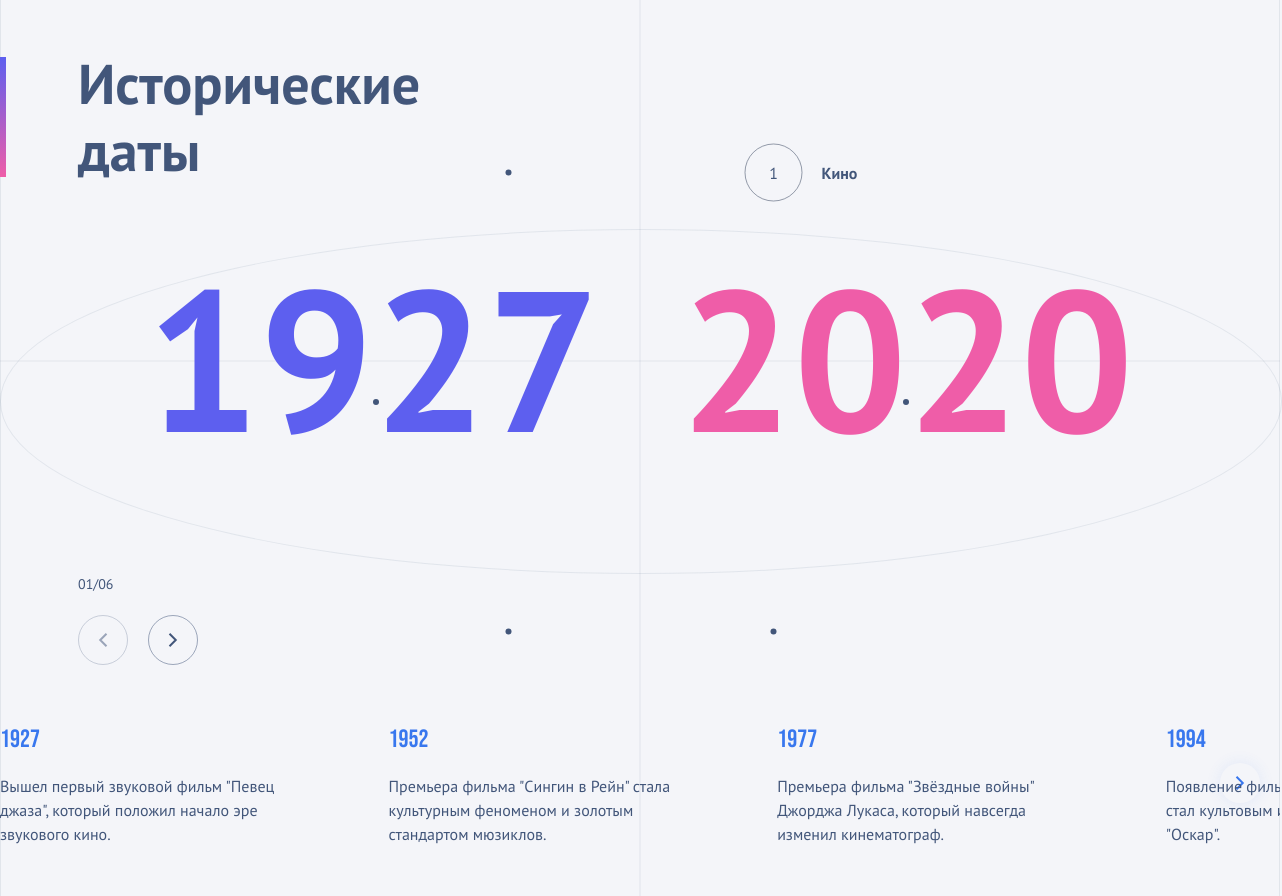
Repository: LenarTulupov/only
Page: /
An editor plug-in stored every save of this project. The page is shown before and after the next save, followed by the edit.
The browser window is 1280 px wide. The page is 1282 px wide, then 1280 px, so the pictures cover 1282 px, including what lies to the right of the window. The pictures show the whole page.
The project was rebuilt for these pictures with package versions that can differ from the ones it lists, and the page was loaded fresh each time.

Above is the page before, as saved 2024-12-18 04:07:38.

### public/index.html
<!DOCTYPE html>
<html lang="en">
  <head>
    <meta charset="utf-8" />
    <link rel="icon" href="%PUBLIC_URL%/favicon.ico" />
    <meta name="viewport" content="width=device-width, initial-scale=1" />
    <meta name="theme-color" content="#000000" />
    <meta
      name="description"
      content="Web site created using create-react-app"
    />
    <link rel="apple-touch-icon" href="%PUBLIC_URL%/logo192.png" />
    <link rel="manifest" href="%PUBLIC_URL%/manifest.json" />
    <title>Only Test</title>
  </head>
  <body>
    <noscript>You need to enable JavaScript to run this app.</noscript>
    <div id="root"></div>
  </body>
</html>

### src/index.tsx
import React from 'react';
import ReactDOM from 'react-dom/client';
import Router from './router/router';
import './globals.scss'

const root = ReactDOM.createRoot(
  document.getElementById('root') as HTMLElement
);
root.render(
  <React.StrictMode>
    <Router />
  </React.StrictMode>
);

### src/router/router.tsx
import { BrowserRouter, Route, Routes } from "react-router-dom";
import HomePage from "../pages/home/page";
import PagesLayout from "../layouts/pages-layout";

export default function Router() {
  return (
    <BrowserRouter>
      <Routes>
        <Route element={<PagesLayout />}>
          <Route path="/" element={<HomePage />} />
        </Route>
      </Routes>
    </BrowserRouter>
  )
};

### src/globals.scss
@import url('https://fonts.googleapis.com/css2?family=Bebas+Neue&family=PT+Sans:wght@400;700&display=swap');

:root {
  --background-color: #F4F5F9;
  --main-color: #42567a;
  --main-color-rgba: rgba(66, 86, 122, 0.5);
  --accent-color: #5D5FEF;
  --light-accent-color: #3877EE;
  --accent-second: #EF5DA8;
  --font-main: "PT Sans", serif;
  --font-second: "Bebas Neue", serif;
  --line-height: 150%;
  --font-size-main: 56px;
  --font-size-small: 14px;
  --font-size-big: 200px;
}
body {
  margin: 0;
  padding: 0;
  background-color: var(--background-color);
  color: var(--black-color);
  font-family: var(--font-main);
  line-height: var(--line-height);
}
ul {
  padding: 0;
  margin: 0;
}

li {
  list-style-type: none;
}

a {
  color: var(--black-color);
  text-decoration: none;
}

h1 {
  margin: 0;
}

### src/pages/home/page.tsx
import Container from "../../components/ui/container/container";
import Divider from "../../components/ui/divider/divider";
import HistorySection from "./history/history";
import styles from './page.module.scss';

export default function HomePage() {
  return (
    <div className={styles['home-page']}>
      <Container>
        <div className={styles['home-page__wrapper']}>
          <Divider
            position="vertical"
            className={styles.divider_vertical}
          />
          <HistorySection />
        </div>
      </Container>
    </div>
  )
};

### src/layouts/pages-layout.tsx
import { Outlet } from 'react-router-dom';
import styles from './pages-layout.module.scss';

export default function PagesLayout() {
  return (
    <div className={styles['pages-layout']}>
      <Outlet />
    </div>
  )
};

### src/components/ui/container/container.tsx
import { ReactNode } from "react"
import styles from './container.module.scss';

interface IContainer {
  children: ReactNode;
}

export default function Container({ children }: IContainer) {
  return (
    <div className={styles.container}>
      {children}
    </div>
  )
};

### src/components/ui/divider/divider.tsx
import styles from './divider.module.scss';

interface IDivider {
  position?: 'horizontal' | 'vertical';
  className?: string;
}

export default function Divider({
  position = 'horizontal', className }: IDivider) {
  return <div className={`
    ${styles.divider}
    ${styles[`divider_${position}`]}
    ${className || ''}
  `}/>
};

### src/pages/home/history/history.tsx
import { useState } from 'react';
import Divider from '../../../components/ui/divider/divider';
import Title from '../../../components/ui/title/title';
import Circle from './circle/circle';
import Dates from './dates/dates';
import HistorySlider from './history-slider/history-slider';
import styles from './history.module.scss';
import StepNavigation from './step-navigation/step-navigation';
import { circleItems } from '../../../constants/circle-items';

export default function HistorySection() {
  const [activeButton, setActiveButton] = useState<number>(1);
  const activeCategory = circleItems.find((item) => item.id === activeButton);
  const firstDate = activeCategory?.events[0]?.year;
  const lastDate = activeCategory?.events.at(-1)?.year;

  return (
    <section className={styles.history}>
      <div className={styles.history__content}>
        <div className={styles['history__content-col-1']}>
          <Title className={styles.history__title} showBefore>
            Исторические даты
          </Title>
        </div>
        <Circle
          className={styles.circle}
          activeButton={activeButton}
          setActiveButton={setActiveButton}
        />
          <StepNavigation
            className={styles['step-navigation']}
            activeButton={activeButton}
            setActiveButton={setActiveButton}
          />
        <Divider
          position="horizontal"
          className={styles.divider_horizontal}
        />
        <Dates
          className={styles.dates}
          firstDate={firstDate}
          lastDate={lastDate}
        />
      </div>
      <HistorySlider
        activeCategory={activeCategory}
        className={styles['history-slider']}
      />
    </section>
  )
};

### src/pages/home/page.module.scss
.home-page {
  &__wrapper {
    position: relative;
    min-height: 100vh;
    .divider_vertical {
      position: absolute;
      top: 0;
      left: 50%;
      transform: translateX(-50%);
      z-index: -10;
    }
  }

  /* Линия слева */
  &__wrapper::before {
    content: "";
    position: absolute;
    top: 0;
    bottom: 0;
    left: 0;
    width: 1px;
    background-color: var(--main-color);
    opacity: 0.1;
  }

  /* Линия справа */
  &__wrapper::after {
    content: "";
    position: absolute;
    top: 0;
    bottom: 0;
    right: 0;
    width: 1px;
    background-color: var(--main-color);
    opacity: 0.1;
  }
  /* Линий по центру горизонтальная */

  /* Линий по центру вертикальная */
}

### src/components/ui/container/container.module.scss
.container {
  max-width: 1440px;
  margin: 0 auto;
}

### src/components/ui/divider/divider.module.scss
.divider {
  background-color: var(--main-color);
  opacity: 0.1;
  &_horizontal {
    width: 100%;
    height: 1px;
  }
  &_vertical {
    width: 1px;
    height: 100%;
  }
}

### src/components/ui/title/title.tsx
import { ReactNode } from 'react';
import styles from './title.module.scss';

interface ITitle {
  children: ReactNode;
  className?: string;
  color?: 'main' | 'blue' | 'light-blue' | 'pink';
  size?: 'main' | 'small'| 'big';
  showBefore?: boolean;
}

export default function Title({
  children,
  className,
  color = 'main',
  size = 'main',
  showBefore = false }: ITitle) {
  return (
    <h1
      className={`
        ${styles.title}
        ${className || ''}
        ${styles[`title__color-${color}`]}
        ${styles[`title__size-${size}`]}
        ${showBefore ? styles['title_before'] : ''}
      `}>
      {children}
    </h1>
  )
};

### src/pages/home/history/circle/circle.tsx
import { useEffect, useRef, Dispatch, SetStateAction } from 'react';
import { gsap } from 'gsap';
import { circleItems } from '../../../../constants/circle-items';
import styles from './circle.module.scss';

interface ICircle {
  className?: string;
  activeButton: number;
  setActiveButton: Dispatch<SetStateAction<number>>;
}

export default function Circle({ className, activeButton, setActiveButton}: ICircle) {
  const circleRef = useRef<HTMLDivElement>(null);
  const buttonsRef = useRef<HTMLDivElement[]>([]);

  const handleActiveButton = (btnId: number) => {
    setActiveButton(btnId);
  };

  useEffect(() => {
    const rotationAngle = (1 - activeButton) * 60;
    gsap.to(circleRef.current, {
      rotate: rotationAngle,
      duration: 0.5,
      ease: 'power2.out',
    });

    buttonsRef.current.forEach((btn) => {
      let buttonRotation = 0;

      switch(activeButton) {
        case 2:
          buttonRotation = 60;
          break;
        case 3:
          buttonRotation = 120;
          break;
        case 4:
          buttonRotation = 180;
          break;
        case 5:
          buttonRotation = 240;
          break;
        case 6:
          buttonRotation = 300;
          break;
        default:
          buttonRotation = 0;
          break;
      }

      gsap.to(btn, {
        rotate: buttonRotation,
        duration: 0.5,
        ease: 'power2.out',
      });
    });
  }, [activeButton]);

  return (
      <div ref={circleRef} className={`${styles.circle} ${className || ''}`}>
        {circleItems.map((item, index) => {
          const btnId = index + 1;
          return (
            <div
              key={btnId}
              ref={(el) => (buttonsRef.current[index] = el!)}
              className={`
                ${styles[`circle__btn-${btnId}`]}
                ${styles.circle__btn}
                ${activeButton === btnId ? styles.active : ''}
              `}
              onClick={() => handleActiveButton(btnId)}
            >
              {btnId}
              <span
                className={`
                  ${styles['sub-title']}
                  ${activeButton === btnId ? styles.active : ''}
                `}
              >
                {item.category}
              </span>
            </div>
          );
        })}
      </div>
  );
}

### src/pages/home/history/dates/dates.tsx
import { useEffect, useState } from 'react';
import Title from '../../../../components/ui/title/title';
import styles from './dates.module.scss';

interface IDates {
  className?: string;
  firstDate: string;
  lastDate: string;
}

export default function Dates({ className, firstDate, lastDate }: IDates) {
  const [currentFirstDate, setCurrentFirstDate] = useState(Number(firstDate));
  const [currentLastDate, setCurrentLastDate] = useState(Number(lastDate));

  useEffect(() => {
    const animateNumber = (
      from: number,
      to: number,
      setNumber: React.Dispatch<React.SetStateAction<number>>
    ) => {
      const stepTime = 20;
      const steps = 50;
      const delta = (to - from) / steps;

      let currentStep = 0;
      const interval = setInterval(() => {
        currentStep += 1;
        const nextValue = from + delta * currentStep;
        setNumber(Math.round(nextValue));

        if (currentStep >= steps) {
          clearInterval(interval);
          setNumber(to);
        }
      }, stepTime);
    };

    animateNumber(Number(currentFirstDate), Number(firstDate), setCurrentFirstDate);
    animateNumber(Number(currentLastDate), Number(lastDate), setCurrentLastDate);
  }, [firstDate, lastDate]);
  return (
    <div className={`${styles.dates} ${className || ''}`}>
      <Title color='blue' size='big'>{currentFirstDate}</Title>
      <Title color='pink' size='big'>{currentLastDate}</Title>
    </div>
  )
};

### src/pages/home/history/history.module.scss
.history {
  padding: 50px 0;
  &__title {
    // position: relative;
    line-height: 1.2;
    width: 353px;
    padding-left: 78px;
    height: fit-content;

  }
  &__content {
    position: relative;
    display: flex;
    flex-direction: column;
    // display: grid;
    // grid-template-columns: repeat(3, 1fr);
    height: 615px;
    &-col-1 {
      display: flex;
      flex-direction: column;
      justify-content: space-between;
    }
  }
}
.circle {
  display: flex;
  width: 100%;
  height: 100%;
  // justify-content: center;
  // align-items: center;
  margin-top: 45px;
}
.divider_horizontal {
  position: absolute;
  top: calc(50% + 3px);
  left: 0;
  transform: translateY(-50%);
  z-index: -10;
}
.step-navigation {
  padding-left: 78px;
}

### src/pages/home/history/step-navigation/step-navigation.tsx
import { Dispatch, SetStateAction } from "react";
import NavigationButtons from "./navigation-buttons/navigation-buttons";
import SliderStep from "./slider-step/slider-step";
import styles from './step-navigation.module.scss';

interface IStepNavigation {
  className?: string;
  activeButton: number;
  setActiveButton: Dispatch<SetStateAction<number>>;
}

export default function StepNavigation({
  className,
  activeButton,
  setActiveButton }: IStepNavigation) {

    const handleNext = () => {
      setActiveButton((p) => (p < 6 ? p + 1 : 1));
    };

    const handlePrev = () => {
      setActiveButton((p) => (p > 1 ? p - 1 : 6));
    };

    return (
      <div className={`${styles['step-navigation']} ${className || ''}`}>
        <SliderStep activeButton={activeButton} />
        <NavigationButtons
          handleNext={handleNext}
          handlePrev={handlePrev}
          isBeginning={activeButton === 1}
          isEnd={activeButton === 6}
        />
      </div>
    );
};

### src/components/ui/title/title.module.scss
.title {
  line-height: 150%;
  position: relative;
  &::before {
    content: "";
    position: absolute;
    top: 50%;
    transform: translateY(-50%);
    left: 0;
    height: 120px;
    width: 6px;
    background: linear-gradient(to bottom, var(--accent-color) 0%, var(--accent-second) 100%);
    visibility: hidden;
  }
  &.title_before::before {
    visibility: visible; // Показываем псевдоэлемент
  }
  &__color-main {
    color: var(--main-color);
  }

  &__color-blue {
    color: var(--accent-color);
  }
  &__color-light-blue {
    color: var(--light-accent-color);
  }

  &__color-pink {
    color: var(--accent-second);
  }

  &__size-main {
    font-size: var(--font-size-main);
  }
  &__size-small {
    font-size: var(--font-size-small);
  }

  &__size-big {
    font-size: var(--font-size-big);
  }
}

### src/pages/home/history/circle/circle.module.scss
.circle {
  position: relative;
  width: 530px;
  height: 530px;
  border: 1px solid rgba(66, 86, 122, 0.1);
  border-radius: 100%;
  display: flex;
  justify-content: center;
  align-items: center;
  transform-origin: center;
}

.circle__btn {
  position: absolute;
  display: flex;
  align-items: center;
  justify-content: center;
  width: 6px;
  height: 6px;
  border: none;
  background-color: var(--main-color);
  border-radius: 100%;
  color: var(--main-color);
  line-height: 30px;
  font-size: 0;
  cursor: pointer;
  transition: width .3s ease-in-out, height .3s ease-in-out, font-size .3s ease-in-out;

  &::before {
    content: "";
    position: absolute;
    top: 50%;
    left: 50%;
    transform: translate(-50%, -50%);
    width: 25px;
    height: 25px;
    border-radius: 100%;
    background: transparent;
  }

  .sub-title {
    position: absolute;
    top: 50%;
    left: 0;
    transform: translateY(-50%);
    margin-left: 76px;
    font-weight: bold;
    opacity: 0;
    transition: opacity 0.3s ease-in-out;
  }

  .sub-title.active {
    opacity: 1;
  }

  &:hover,
  &.active {
    width: 56px;
    height: 56px;
    font-size: 16px;
    background-color: #F4F5F9;
    outline: 1px solid rgba(48, 62, 88, 0.5);
  }

  &-1 {
    transform: rotate(300deg) translateX(265px) rotate(60deg);
  }

  &-2 {
    transform: rotate(0deg) translateX(265px) rotate(0deg);
  }

  &-3 {
    transform: rotate(60deg) translateX(265px) rotate(-60deg);
  }

  &-4 {
    transform: rotate(120deg) translateX(265px) rotate(-120deg);
  }

  &-5 {
    transform: rotate(180deg) translateX(265px) rotate(-180deg);
  }

  &-6 {
    transform: rotate(240deg) translateX(265px) rotate(-240deg);
  }
}

### src/pages/home/history/dates/dates.module.scss
.dates {
  position: absolute;
  top: 50%;
  left: 50%;
  transform: translate(-50%, -50%);
  display: flex;
  gap: 80px;
  z-index: -1;
}

### src/pages/home/history/history-slider/slider-content/slider-content.tsx
import Text from "../../../../../components/ui/text/text";
import Title from "../../../../../components/ui/title/title";
import styles from './slider-content.module.scss';

interface ISliderContent {
  year: string;
  text: string;
}

export default function SliderContent({ year, text }: ISliderContent) {
  return (
    <div className={styles['slider-content']}>
      <Title
        size="small"
        color="light-blue"
        className={styles['slider-content__title']}
      >
        {year}
      </Title>
      <Text text={text} />
    </div>
  )
};

### src/components/ui/content-container/content-container.tsx
import { ReactNode } from 'react';
import styles from './content-container.module.scss';

interface IContentContainer {
  children: ReactNode;
}

export default function ContentContainer({ children }: IContentContainer) {
  return (
    <div className={styles['content-container']}>
      {children}
    </div>
  )
};

### src/components/ui/arrow-button/arrow-button.tsx
import styles from './arrow-button.module.scss';

interface IArrowButton {
  rotation?: 'left' | 'right'
  onClick?: () => void;
  slider?: boolean;
  disabled?: boolean;
  className?: string;
}

export default function ArrowButton({
  rotation,
  onClick,
  slider = false,
  disabled = false,
  className}: IArrowButton) {
  return (
    <button
      className={`
        ${styles['arrow-button']}
        ${styles[rotation]}
        ${slider ? styles['arrow-button_slider'] : ''}
        ${className || ''}
        ${disabled ? styles.disabled : ''}
      `}
      onClick={onClick}
      disabled={disabled}
    >
      <svg width="10" height="14" viewBox="0 0 10 14" fill="none" xmlns="http://www.w3.org/2000/svg">
        <path d="M8.49988 0.750001L2.24988 7L8.49988 13.25" stroke="#42567A" stroke-width="2" />
      </svg>
    </button>
  )
};

### src/pages/home/history/history-slider/history-slider.module.scss
.history-slider {
  position: relative;
  margin-top: 56px;
}
.next {
  position: absolute;
  top: 50%;
  transform: translateY(-50%);
  right: 20px;
}
.prev {
  position: absolute;
  top: 50%;
  transform: translateY(-50%);
  left: 20px;
}

.fade-out {
  opacity: 0;
  transition: opacity 0.5s ease;
}
.fade-in {
  opacity: 1;
  transition: opacity 0.5s ease;
}

### src/pages/home/history/step-navigation/navigation-buttons/navigation-buttons.tsx
import ArrowButton from '../../../../../components/ui/arrow-button/arrow-button';
import styles from './navigation-buttons.module.scss';

interface INavigationButtons {
  handleNext: () => void;
  handlePrev: () => void;
  isBeginning: boolean;
  isEnd: boolean;
}

export default function NavigationButtons({
  handleNext,
  handlePrev,
  isBeginning,
  isEnd }: INavigationButtons) {
  return (
    <div className={styles['navigation-buttons']}>
      <ArrowButton
        onClick={handlePrev}
        disabled={isBeginning}
      />
      <ArrowButton
        rotation='right'
        onClick={handleNext}
        disabled={isEnd}
      />
    </div>
  );
};

### src/pages/home/history/step-navigation/slider-step/slider-step.tsx
import Title from "../../../../../components/ui/title/title";
import styles from './slider-step.module.scss';

interface ISliderStep {
  activeButton: number;
}

export default function SliderStep({ activeButton }: ISliderStep) {
  return <Title size="small" className={styles.font}>0{activeButton}/06</Title>
};

### src/pages/home/history/step-navigation/step-navigation.module.scss
.step-navigation {
  display: flex;
  flex-direction: column;
  row-gap: 20px;
}

### src/components/ui/text/text.tsx
import styles from './text.module.scss';

interface IText {
  text: string;
}

export default function Text({ text }: IText) {
  return (
    <div className={styles.text}>
        { text }
    </div>
  )
};

### src/pages/home/history/history-slider/slider-content/slider-content.module.scss
.slider-content {
  display: flex;
  flex-direction: column;
  row-gap: 15px;
  cursor: grabbing;
  &__title {
    font-family: var(--font-second);
    font-weight: 400;
    font-size: 25px;
  }
}

### src/components/ui/content-container/content-container.module.scss
.content-container {
  max-width: calc(1440px - 160px);
  margin: 0 auto;
}

### src/components/ui/arrow-button/arrow-button.module.scss
.arrow-button {
  width: 50px;
  height: 50px;
  display: flex;
  align-items: center;
  justify-content: center;
  border: 1px solid var(--main-color-rgba);
  background-color: transparent;
  border-radius: 100%;
  cursor: pointer;
}
.arrow-button_slider {
  width: 40px;
  height: 40px;
  border: none;
  box-shadow: 0 0 15px 0 rgba(56, 119, 238, 0.1);
  svg path {
    stroke: var(--light-accent-color);
  }
}
.left {
  transform: rotate(0deg);
}
.right {
  transform: rotate(180deg);
}
.disabled {
  opacity: .5;
  cursor: auto;
}

### src/pages/home/history/step-navigation/navigation-buttons/navigation-buttons.module.scss
.navigation-buttons {
  display: flex;
  column-gap: 20px;
}
.disabled {
  opacity: .5;
  cursor: auto;
}

### src/pages/home/history/step-navigation/slider-step/slider-step.module.scss
.font {
  font-weight: 400;
}

### src/components/ui/text/text.module.scss
.text {
  color: var(--main-color);
}

Loaded but not shown: src/constants/circle-items.ts (122 lines, source omitted); src/pages/home/history/history-slider/history-slider.tsx (119 lines, source omitted); src/layouts/pages-layout.module.scss (no stored copy; drawn as an empty file)

After the next save:
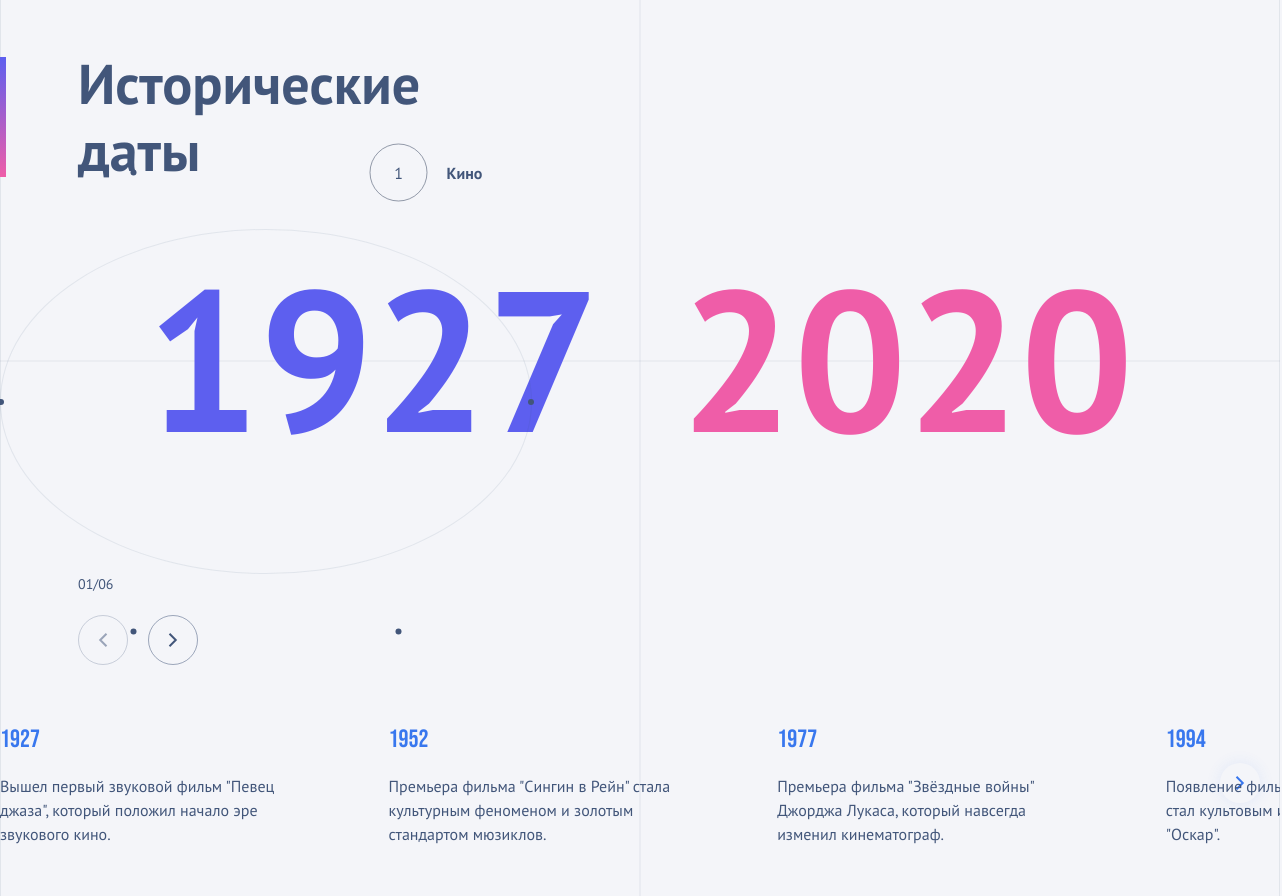
Saved 5 s later.
--- a/src/pages/home/history/history.module.scss
+++ b/src/pages/home/history/history.module.scss
@@ -24,8 +24,8 @@
 }
 .circle {
   display: flex;
-  width: 100%;
-  height: 100%;
+  // width: 100%;
+  // height: 100%;
   // justify-content: center;
   // align-items: center;
   margin-top: 45px;
